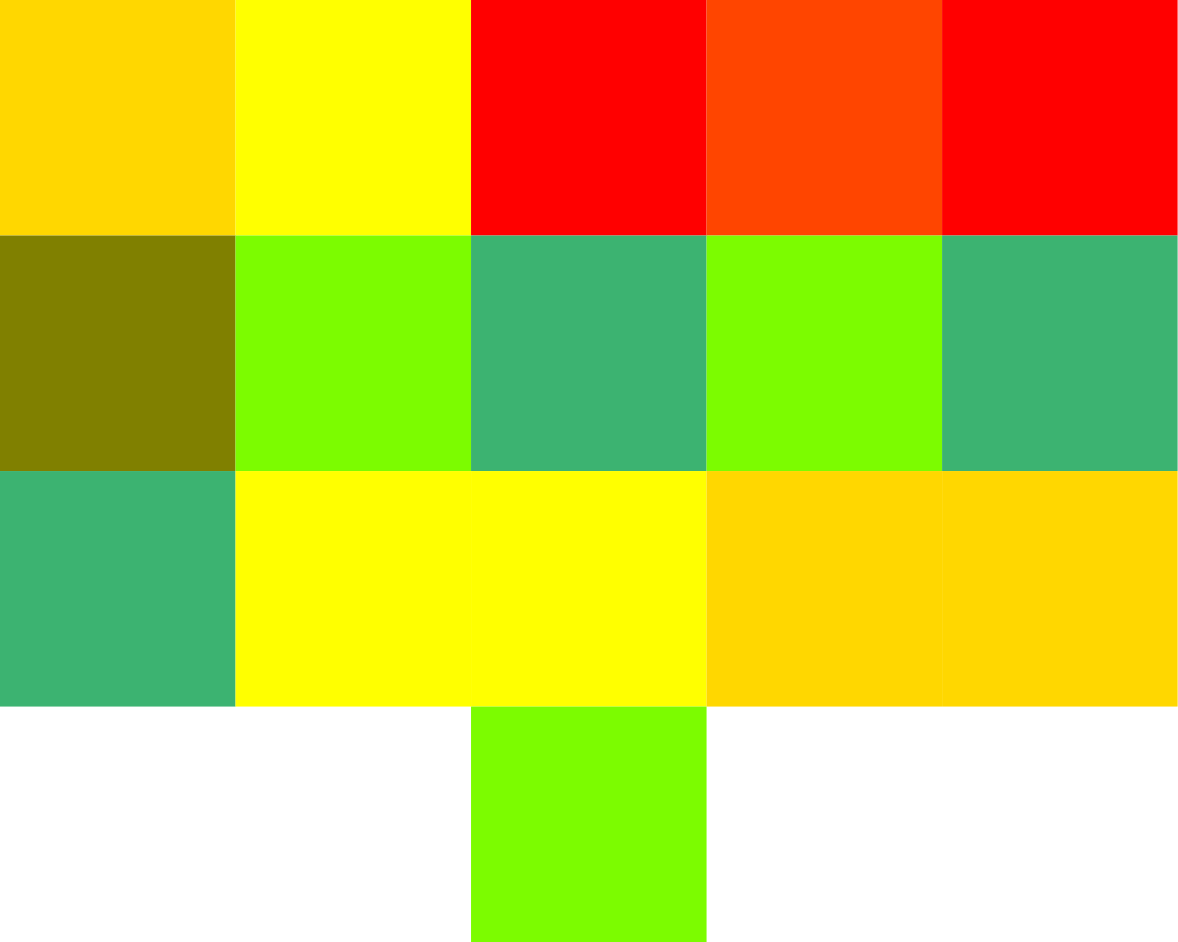
Repository: zhapar/color-boxes
Page: /
These files come from the project's save history. The page is drawn as it stood at one moment and after the next save; the edit follows.
The browser window is 1280 px wide. The pictures show the whole page, at 92% of full size.
The project was rebuilt for these pictures with package versions that can differ from the ones it lists, and the page was loaded fresh each time.

Above is the page before, as saved 2020-08-22 22:36:55.

### src/App.js
import React from "react";
import BoxContainer from "./BoxContainer";
import "./App.css";

function App() {
  return (
    <div className="App">
      <BoxContainer />
    </div>
  );
}

export default App;

### src/BoxContainer.js
import React, { Component } from "react";
import Box from "./Box";
import "./BoxContainer.css";

class BoxContainer extends Component {
  static defaultProps = {
    colors: [
      "gold",
      "yellow",
      "orangered",
      "red",
      "lawngreen",
      "mediumseagreen",
      "olive",
    ],
    numBox: 16,
  };
  render() {
    const boxes = Array.from({ length: this.props.numBox }).map(() => (
      <Box colors={this.props.colors} />
    ));
    return <div className="BoxContainer">{boxes}</div>;
  }
}

export default BoxContainer;

### src/Box.js
import React, { Component } from "react";
import "./Box.css";
import { choice } from "./helpers";

class Box extends Component {
  constructor(props) {
    super(props);
    this.state = {
      color: choice(this.props.colors),
    };
    this.handleClick = this.handleClick.bind(this);
  }

  change() {
    let newColor;
    do {
      newColor = choice(this.props.colors);
    } while (newColor === this.state.color);

    this.setState({ color: newColor });
  }

  handleClick() {
    this.change();
  }
  render() {
    return (
      <div
        className="Box"
        style={{ backgroundColor: this.state.color }}
        onClick={this.handleClick}
      ></div>
    );
  }
}

export default Box;

### src/BoxContainer.css
.BoxContainer {
  display: flex;
  flex-flow: wrap;
  justify-content: center;
  align-items: center;
}

### src/Box.css
.Box {
  width: 16rem;
  height: 16rem;
}

### src/helpers.js
function choice(arr) {
  const idx = Math.floor(Math.random() * arr.length);
  return arr[idx];
}

export { choice };

Loaded but not shown: public/index.html (common file); src/index.js (common file); src/index.css (common file); src/serviceWorker.js (common file); src/App.css (common file)

After the next save:
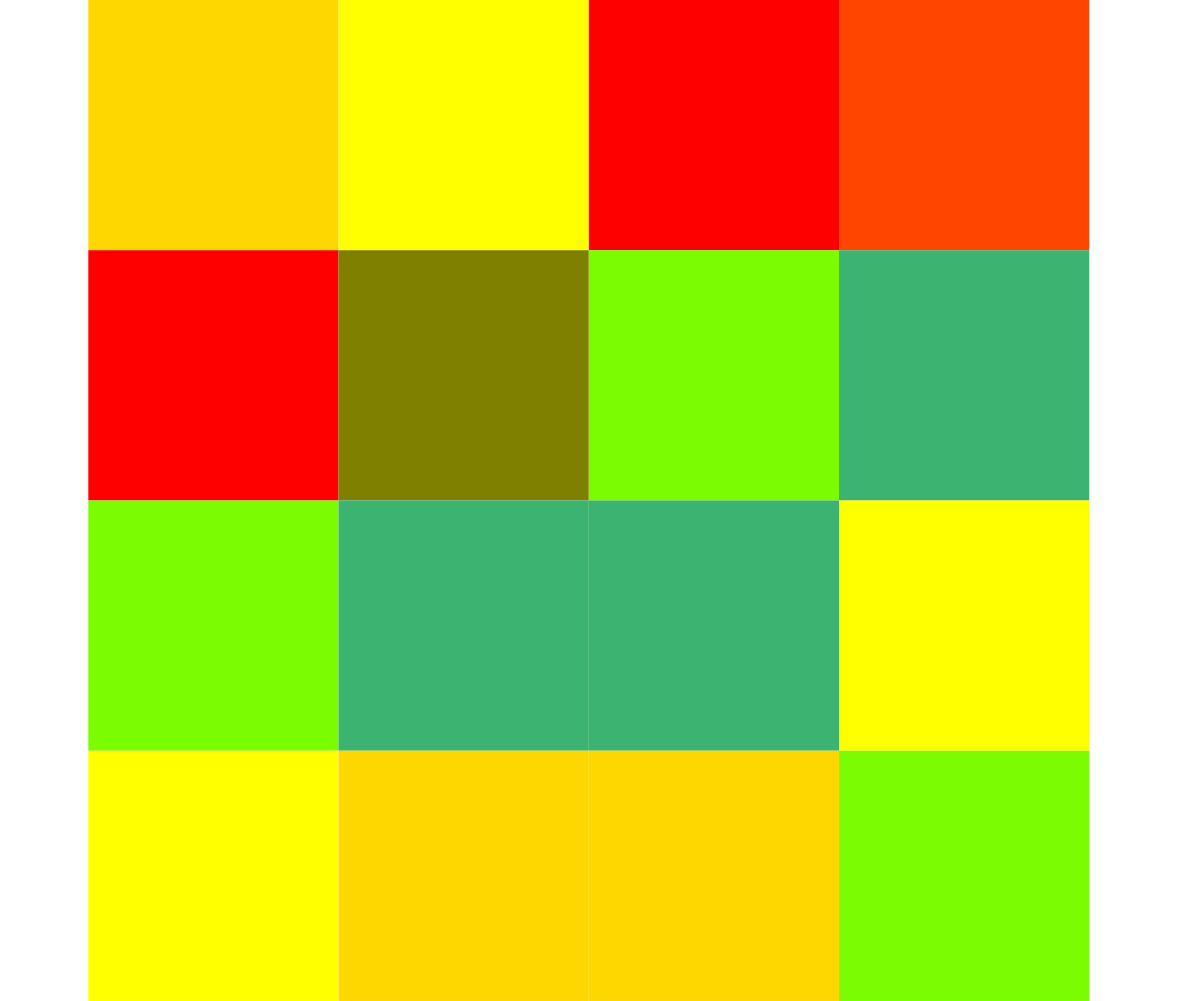
Saved 4 s later.
--- a/src/Box.css
+++ b/src/Box.css
@@ -1,4 +1,4 @@
 .Box {
-  width: 16rem;
-  height: 16rem;
+  width: 17rem;
+  height: 17rem;
 }
